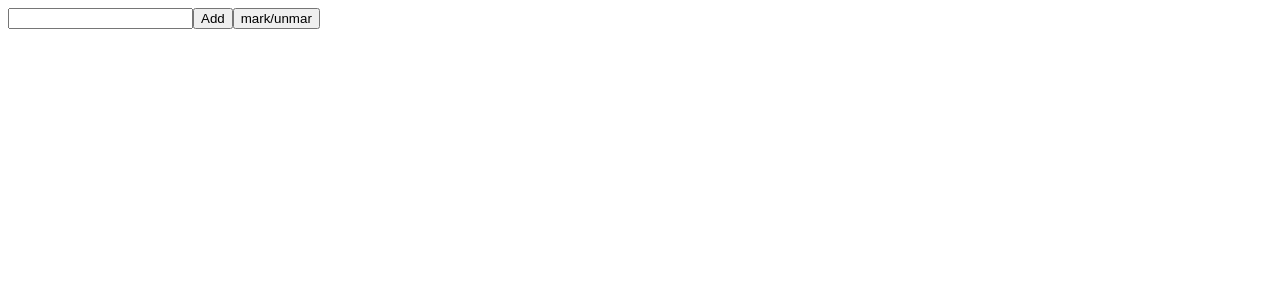
Repository: lilit1121/Vue.js-and-Rapid-Prototyping
Page: /
An editor plug-in stored every save of this project. The page is shown before and after the next save, followed by the edit.
The browser window is 1280 px wide. The pictures show the whole page.
The project was rebuilt for these pictures with package versions that can differ from the ones it lists, and the page was loaded fresh each time. Also part of the build but not shown: vue.config.js.

Above is the page before, as saved 2023-02-08 15:34:59.

After the next save:
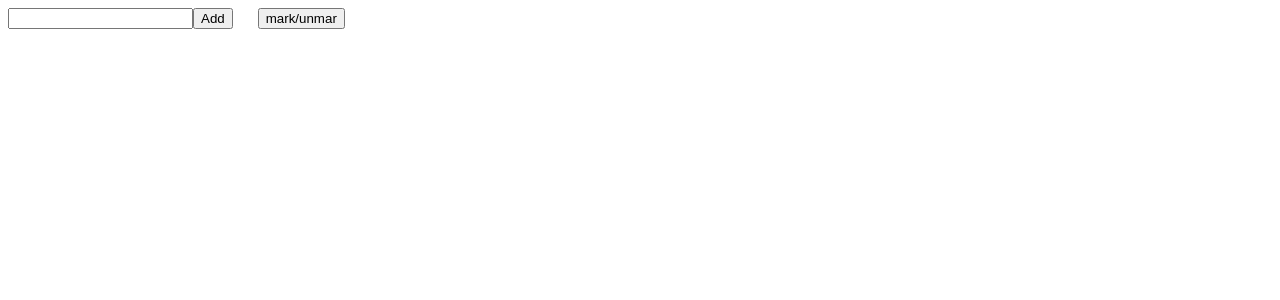
Saved 8 s later.
--- a/src/views/Home.vue
+++ b/src/views/Home.vue
@@ -81,7 +81,7 @@ export default {
   display: flex;
 }
 .mark_unmar{
-  margin-right: 25px;
+  margin-left: 25px;
 }
 ul {
   list-style: none;
